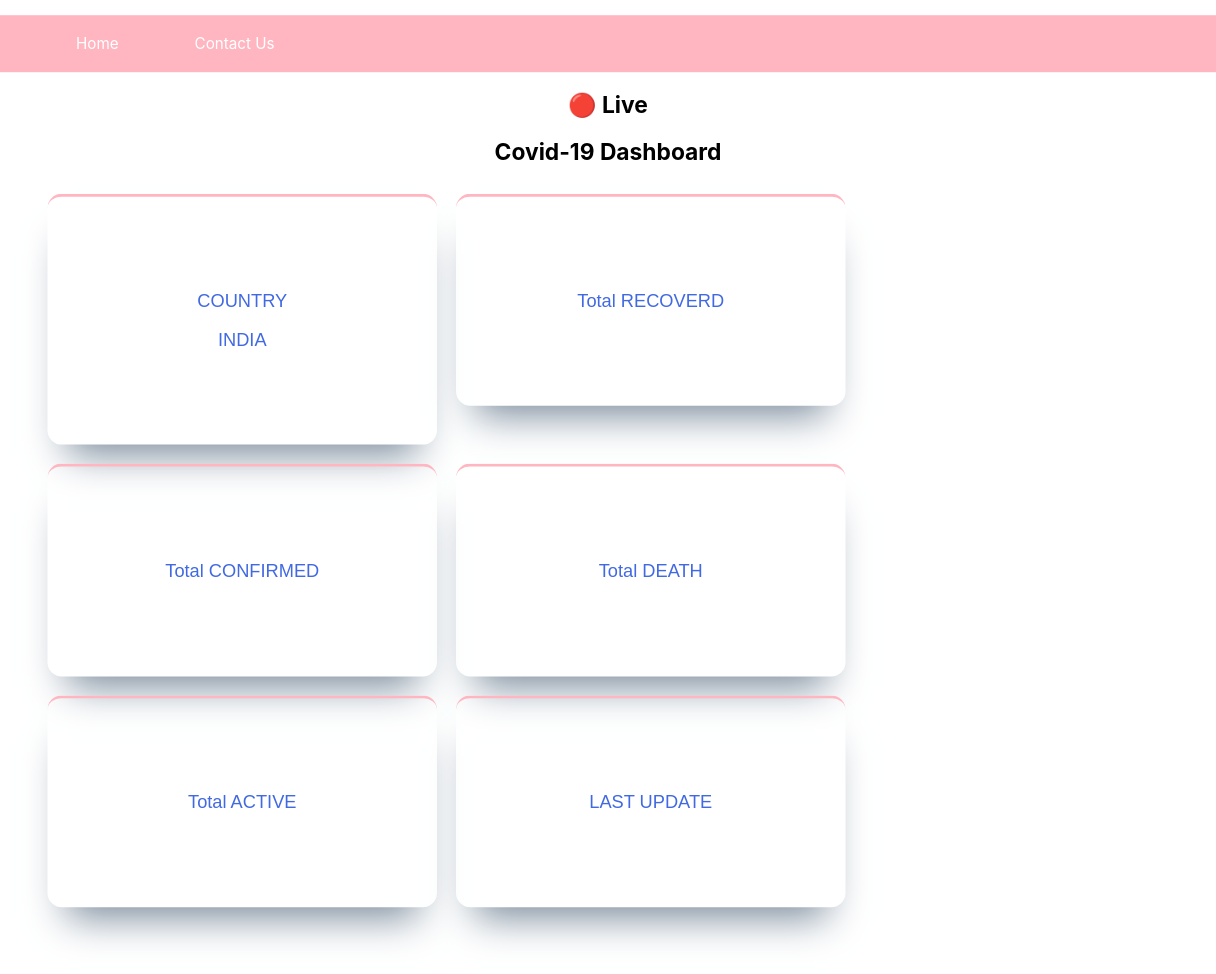
Repository: Aniketlamage/covid19-dashboard
Page: /
These files come from the project's save history. The page is drawn as it stood at one moment and after the next save; the edit follows.
The browser window is 1280 px wide. The pictures show the whole page, at 95% of full size.
The page's requests for data from a server got no answer. The project was rebuilt for these pictures with package versions that can differ from the ones it lists, and the page was loaded fresh each time. No one was signed in, and anything a server would have sent is missing.

Above is the page before, as saved 2021-09-30 22:30:16.

After the next save:
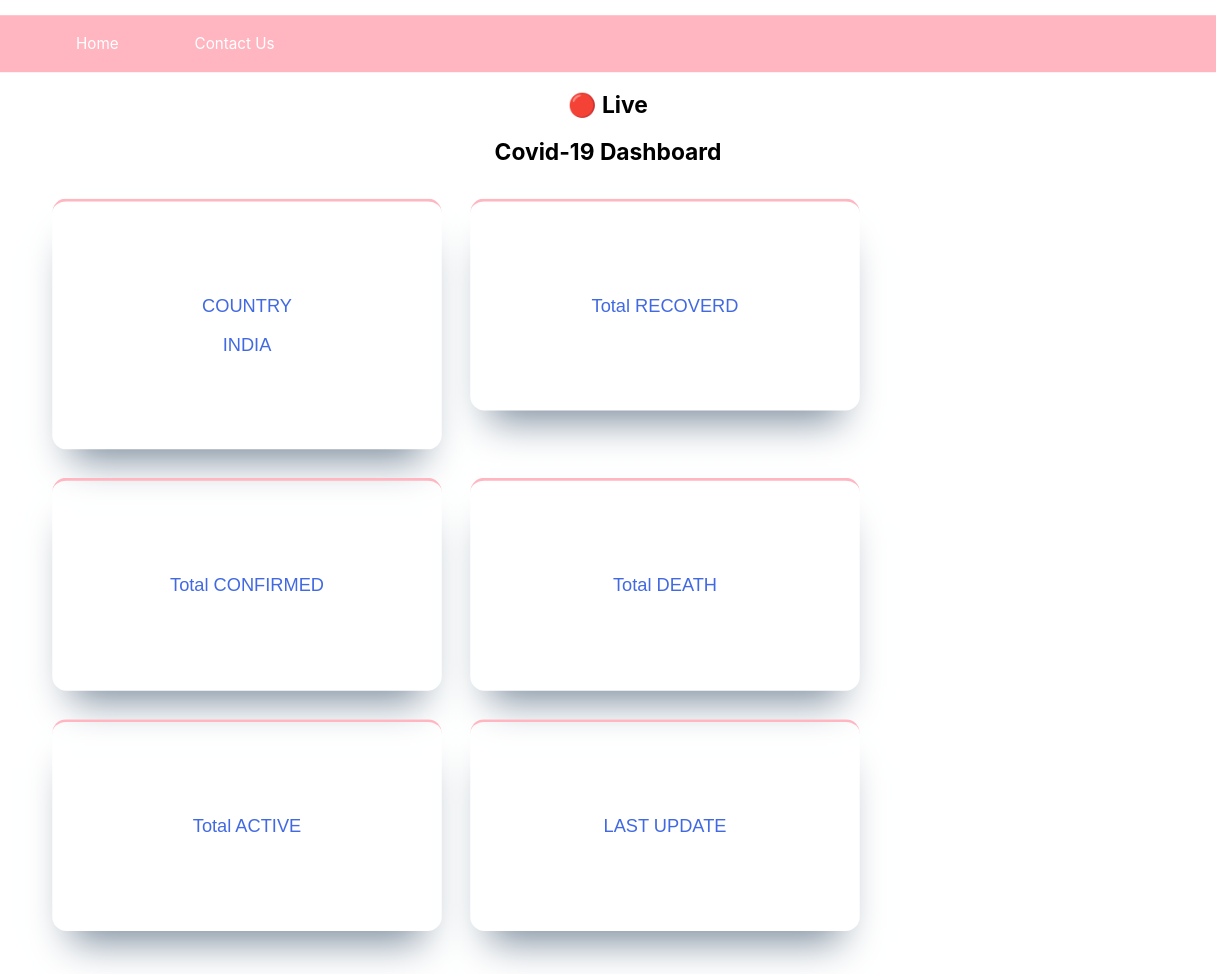
Saved 17 s later.
--- a/src/components/covid.css
+++ b/src/components/covid.css
@@ -29,7 +29,7 @@ div.card__main{
     border-top: lightpink solid;
     width: 250px;
     padding: 80px;
-    margin: 10px;
+    margin: 15px;
     align-items: center;
     cursor: pointer;
     box-shadow: 0px 30px 40px -20px lightslategray;
